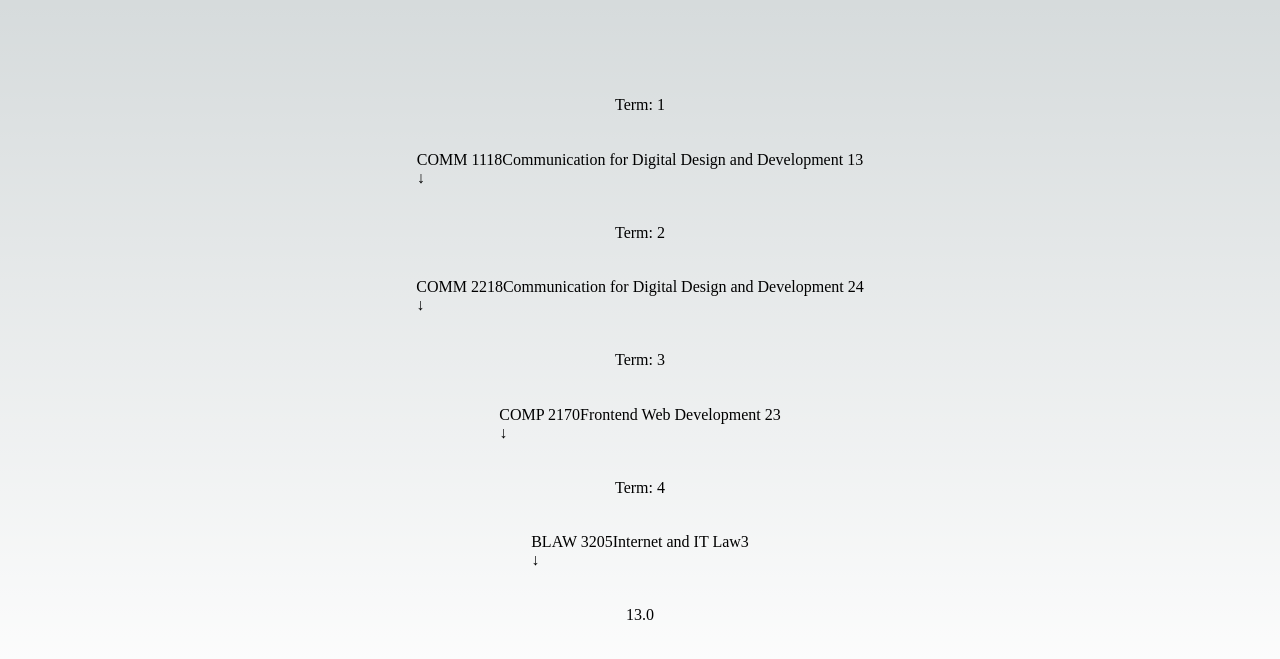
Repository: giovanabirck/env-accordion
Page: /
An editor plug-in stored every save of this project. The page is shown before and after the next save, followed by the edit.
The browser window is 1280 px wide. The pictures show the whole page.
The project was rebuilt for these pictures with package versions that can differ from the ones it lists, and the page was loaded fresh each time. The framework's server and built-in components were replaced by stand-ins that run in the browser. Also part of the build but not shown: next.config.js.

Above is the page before, as saved 2023-03-30 14:21:47.

### pages/index.js
import Head from 'next/head'
import styles from '@/styles/Home.module.css'
import { useState, useEffect } from 'react'
import { matrix } from '../data/matrix.js'
import Accordion from '@/components/Accordion/index.js'


export default function Home() {

  const [totalCredits, setTotalCredits] = useState(0);

  const [data, setData] = useState([...matrix.courses]);

  var title = process.env.NEXT_PUBLIC_TITLE;

  useEffect(() => {
    var x = 0;

    data.map((i) => {
      x += i.credits
    })
    setTotalCredits(x);

  }, [])


  return (
    <>

      <Head>
        <title>Create Next App</title>
        <meta name="description" content="Generated by create next app" />
        <meta name="viewport" content="width=device-width, initial-scale=1" />
        <link rel="icon" href="/favicon.ico" />
      </Head>

      <main className={styles.main}>

        {title}

        {data && data.map((info, index) => {
          return(
            <Accordion  key={index}
                        term={info.term}
                        code={info.code}
                        title={info.title}
                        credits={info.credits}
                        description={info.description}
                        />

          )
        })}


        {totalCredits.toFixed(1)}

      </main>

    </>
  )
}

### data/matrix.js
export const matrix = {
    courses: [
        {
            term: 1,
            code: "COMM 1118",
            title: "Communication for Digital Design and Development 1",
            credits: 3.0,
            description: "Description 1.."
        },
        {
            term: 2,
            code: "COMM 2218",
            title: "Communication for Digital Design and Development 2",
            credits: 4.0,
            description: "Description 2.."
        },
        {
            term: 3,
            code: "COMP 2170",
            title: "Frontend Web Development 2",
            credits: 3.0,
            description: "Description 3.."
        },
        {
            term: 4,
            code: "BLAW 3205",
            title: "Internet and IT Law",
            credits: 3.0,
            description: "Description 4.."
        }
    ]
}

### components/Accordion/index.js
import { useState } from "react";

export default function Accordion({
    term, code, title, credits, description
}) {

    const [isActive, setIsActive] = useState(false);

    return(
        <>
            Term: {term}
            <div onClick={() => setIsActive(!isActive)}>
                {code}
                {title}
                {credits}
                <div>{isActive ? "↑" : "↓"}</div>
            </div>

            {isActive && <div>{description}</div>}
        </>
    )
}

Loaded but not shown: pages/_app.js (common file); pages/_document.js (common file); styles/globals.css (common file); styles/Home.module.css (common file)

After the next save:
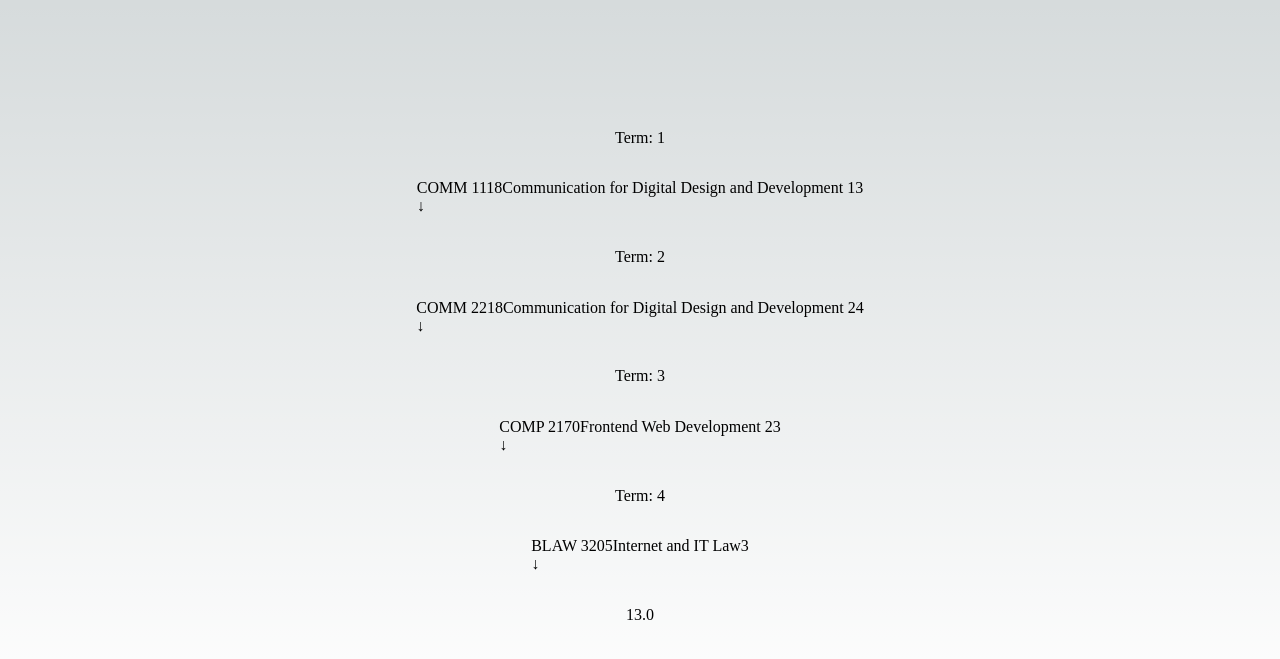
Saved 67 s later.
--- a/pages/index.js
+++ b/pages/index.js
@@ -35,7 +35,7 @@ export default function Home() {
       </Head>
 
       <main className={styles.main}>
-
+        <h1></h1>
         {title}
 
         {data && data.map((info, index) => {
